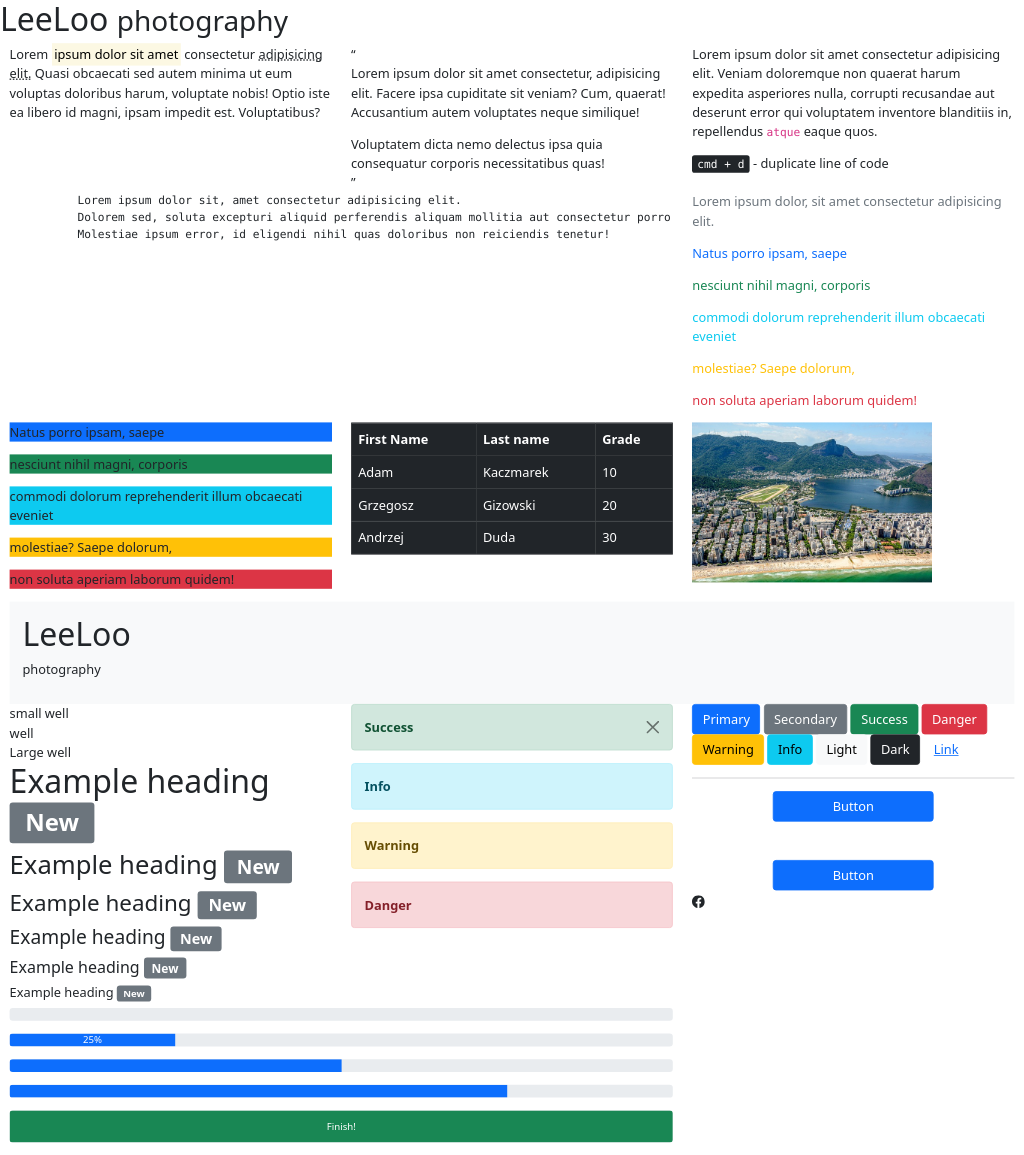
Repository: Zyzik-33/bootstrap-test
Page: index.html
The author's editor kept a copy of each file at every save. The page is drawn from the files as they stood at one save, then again after the next save.
The browser window is 1280 px wide. The pictures show the whole page, at 80% of full size.

Above is the page before, as saved 2021-01-27 22:22:34.

### index.html
<!DOCTYPE html>
<html lang="en">
<head>
  <title>LeeLoo</title>
  <meta charset="UTF-8">
  <meta name="viewport" content="width=device-width, initial-scale=1.0">
  <link href="https://cdn.jsdelivr.net/npm/bootstrap@5.0.0-beta1/dist/css/bootstrap.min.css" rel="stylesheet" integrity="sha384-giJF6kkoqNQ00vy+HMDP7azOuL0xtbfIcaT9wjKHr8RbDVddVHyTfAAsrekwKmP1" crossorigin="anonymous">
  <script src="https://ajax.googleapis.com/ajax/libs/jquery/3.5.1/jquery.min.js"></script>
  <script src="https://cdn.jsdelivr.net/npm/bootstrap@5.0.0-beta1/dist/js/bootstrap.bundle.min.js" integrity="sha384-ygbV9kiqUc6oa4msXn9868pTtWMgiQaeYH7/t7LECLbyPA2x65Kgf80OJFdroafW" crossorigin="anonymous"></script>
</head>
<body>
  <h1>LeeLoo <small>photography</small> </h1>
  <div class="container-fluid">

    <div class="row">
      <div class="col-lg-4">Lorem <mark>ipsum dolor sit amet</mark> consectetur <abbr title="Explanation">adipisicing elit.</abbr> Quasi obcaecati sed autem minima ut eum voluptas doloribus harum, voluptate nobis! Optio iste ea libero id magni, ipsam impedit est. Voluptatibus?</div>
      <div class="col-lg-4">
        <q cite="http://developer.mozilla.org">
          <p>
            Lorem ipsum dolor sit amet consectetur, adipisicing elit. Facere ipsa cupiditate sit veniam? Cum, quaerat!
             Accusantium autem voluptates neque similique!
          </p>
          <footer>
            Voluptatem dicta nemo delectus ipsa quia consequatur corporis necessitatibus quas!
          </footer>
        </q>
      </div>
      <div class="col-lg-4">
        <blockquote class="blockquote-reverse">
          <p>
            Lorem ipsum dolor sit amet consectetur adipisicing elit.
            Veniam doloremque non quaerat harum expedita asperiores nulla,
            corrupti recusandae aut deserunt error qui voluptatem inventore
            blanditiis in, repellendus <code>atque</code> eaque quos.
          </p>
          <footer><kbd>cmd + d</kbd> - duplicate line of code</footer>
        </blockquote>
      </div>
    </div>
    <div class="row">
      <div class="col-lg-8">
        <pre>
          Lorem ipsum dolor sit, amet consectetur adipisicing elit.
          Dolorem sed, soluta excepturi aliquid perferendis aliquam mollitia aut consectetur porro.
          Molestiae ipsum error, id eligendi nihil quas doloribus non reiciendis tenetur!
        </pre>
      </div>
      <div class="col-lg-4">
       <p class="text-muted"> Lorem ipsum dolor, sit amet consectetur adipisicing elit.</p>
       <p class="text-primary">Natus porro ipsam, saepe</p>
       <p class="text-success">nesciunt nihil magni, corporis</p>
       <p class="text-info">commodi dolorum reprehenderit illum obcaecati eveniet</p>
       <p class="text-warning">molestiae? Saepe dolorum,</p>
       <p class="text-danger">non soluta aperiam laborum quidem!</p>
      </div>
    </div>
    <div class="row">
      <div class="col-lg-4">
       <p class="bg-primary">Natus porro ipsam, saepe</p>
       <p class="bg-success">nesciunt nihil magni, corporis</p>
       <p class="bg-info">commodi dolorum reprehenderit illum obcaecati eveniet</p>
       <p class="bg-warning">molestiae? Saepe dolorum,</p>
       <p class="bg-danger">non soluta aperiam laborum quidem!</p>
      </div>
      <div class="col-lg-4">
        <table class="table table-hover table-dark table-bordered">
          <!-- table-striped, table-bordered, table-hover, table-dark -->
          <thead>
            <tr>
              <th scope="col">First Name</th>
              <th scope="col">Last name</th>
              <th scope="col">Grade</th>
            </tr>
          </thead>
          <tbody>
            <tr>
              <td scope="row">Adam</td>
              <td>Kaczmarek</td>
              <td>10</td>
            </tr>
            <tr>
              <td scope="row">Grzegosz</td>
              <td>Gizowski</td>
              <td>20</td>
            </tr>
            <tr>
              <td scope="row">Andrzej</td>
              <td>Duda</td>
              <td>30</td>
            </tr>
          </tbody>
        </table>
      </div>
      <div class="col-lg-4">
        <img src="./assets/images/brazil-4809010_640.jpg" width="300" alt="brazil">
      </div>
    </div>
    <div class="row">
      <div class="col-lg-12">
        <div class="bg-light p-3">
          <h1>LeeLoo</h1>
          <p>photography</p>
        </div>
      </div>
    </div>
    <div class="row">
      <div class="col-lg-4">
        <div class="well well-sm">small well</div>
        <div class="well">well</div>
        <div class="well well-lg">Large well</div>
        <h1>Example heading <span class="badge bg-secondary">New</span></h1>
        <h2>Example heading <span class="badge bg-secondary">New</span></h2>
        <h3>Example heading <span class="badge bg-secondary">New</span></h3>
        <h4>Example heading <span class="badge bg-secondary">New</span></h4>
        <h5>Example heading <span class="badge bg-secondary">New</span></h5>
        <h6>Example heading <span class="badge bg-secondary">New</span></h6>
      </div>
      <div class="col-lg-4">
        <div class="alert alert-success alert-dismissible fade show" role="alert">
          <strong>Success</strong>
          <!-- <a href="#" class="close" data-dismiss="alert">&times;</a> -->
          <button type="button" class="btn-close" data-bs-dismiss="alert" aria-label="Close"></button>
        </div>
        <div class="alert alert-info">
          <strong>Info</strong>
        </div>
        <div class="alert alert-warning">
          <strong>Warning</strong>
        </div>
        <div class="alert alert-danger">
          <strong>Danger</strong>
        </div>
      </div>
      <div class="col-lg-4">
        <button type="button" class="btn btn-primary">Primary</button>
        <button type="button" class="btn btn-secondary">Secondary</button>
        <button type="button" class="btn btn-success">Success</button>
        <button type="button" class="btn btn-danger">Danger</button>
        <button type="button" class="btn btn-warning">Warning</button>
        <button type="button" class="btn btn-info">Info</button>
        <button type="button" class="btn btn-light">Light</button>
        <button type="button" class="btn btn-dark">Dark</button>
        <button type="button" class="btn btn-link">Link</button>
        <hr>
        <div class="d-grid gap-5 col-6 mx-auto">
          <button class="btn btn-primary" type="button">Button</button>
          <button class="btn btn-primary" type="button">Button</button>
        </div>
        <svg xmlns="http://www.w3.org/2000/svg" width="16" height="16" fill="currentColor" class="bi bi-facebook" viewBox="0 0 16 16">
          <path d="M16 8.049c0-4.446-3.582-8.05-8-8.05C3.58 0-.002 3.603-.002 8.05c0 4.017 2.926 7.347 6.75 7.951v-5.625h-2.03V8.05H6.75V6.275c0-2.017 1.195-3.131 3.022-3.131.876 0 1.791.157 1.791.157v1.98h-1.009c-.993 0-1.303.621-1.303 1.258v1.51h2.218l-.354 2.326H9.25V16c3.824-.604 6.75-3.934 6.75-7.951z"/>
        </svg>
        <i class="bi bi-braces"></i>
      </div>
    </div>
    <div class="row">
      <div class="col-lg-8">
        <div class="progress mb-3">
          <div class="progress-bar" role="progressbar" aria-valuenow="0" aria-valuemin="0" aria-valuemax="100"></div>
        </div>
        <div class="progress mb-3">
          <div class="progress-bar" role="progressbar" style="width: 25%" aria-valuenow="25" aria-valuemin="0" aria-valuemax="100">25%</div>
        </div>
        <div class="progress mb-3">
          <div class="progress-bar" role="progressbar" style="width: 50%" aria-valuenow="50" aria-valuemin="0" aria-valuemax="100"></div>
        </div>
        <div class="progress mb-3">
          <div class="progress-bar progress-bar-animated" role="progressbar" style="width: 75%" aria-valuenow="75" aria-valuemin="0" aria-valuemax="100"></div>
        </div>
        <div class="progress mb-3" style="height: 40px;">
          <div class="progress-bar bg-success" role="progressbar" style="width: 100%" aria-valuenow="100" aria-valuemin="0" aria-valuemax="100">Finish!</div>
        </div>
      </div>
      <div class="col-lg-2"></div>
    </div>
  </div>
</body>
</html>

After the next save:
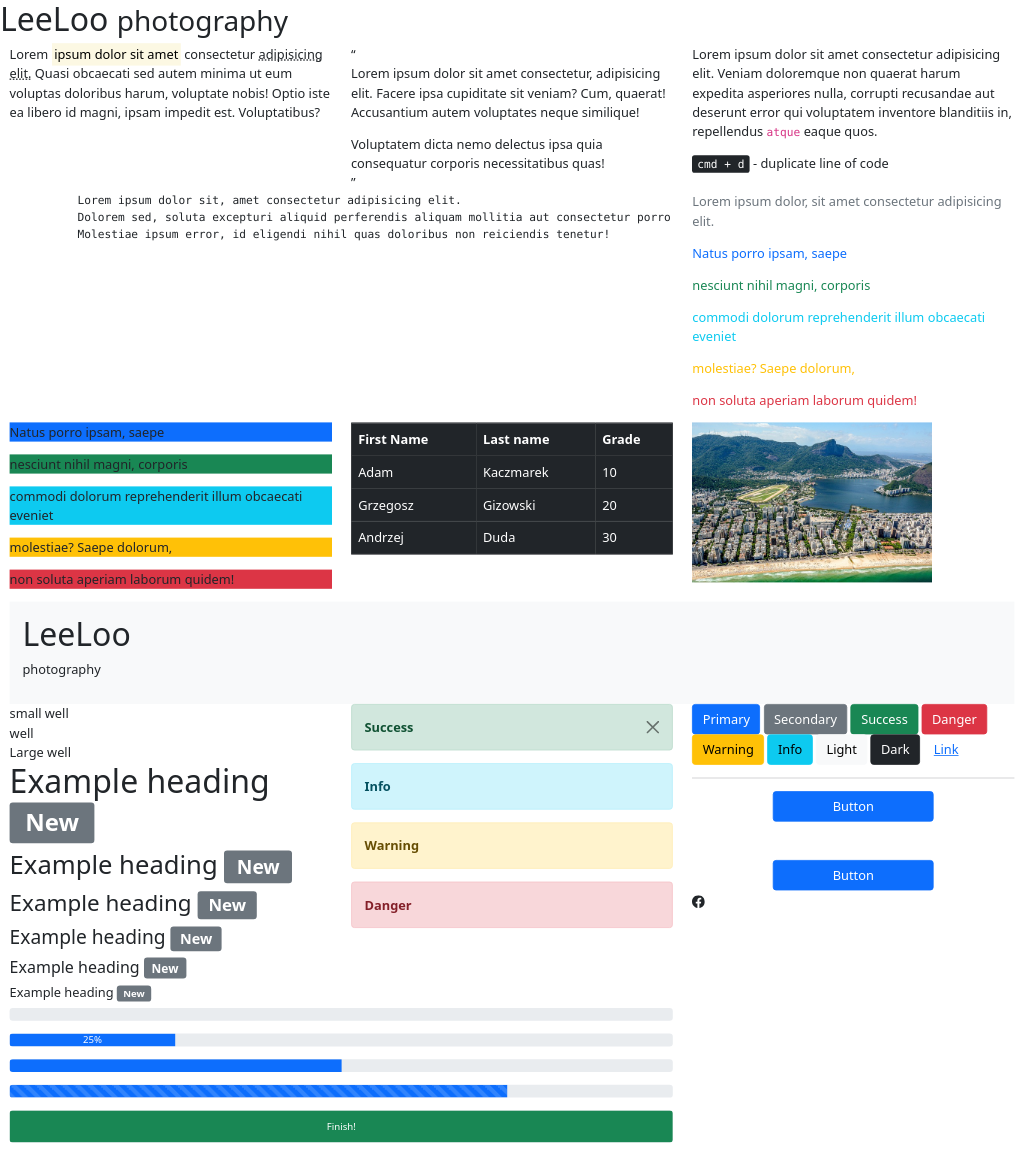
Saved 21 s later.
--- a/index.html
+++ b/index.html
@@ -164,7 +164,7 @@
           <div class="progress-bar" role="progressbar" style="width: 50%" aria-valuenow="50" aria-valuemin="0" aria-valuemax="100"></div>
         </div>
         <div class="progress mb-3">
-          <div class="progress-bar progress-bar-animated" role="progressbar" style="width: 75%" aria-valuenow="75" aria-valuemin="0" aria-valuemax="100"></div>
+          <div class="progress-bar progress-bar-striped progress-bar-animated" role="progressbar" style="width: 75%" aria-valuenow="75" aria-valuemin="0" aria-valuemax="100"></div>
         </div>
         <div class="progress mb-3" style="height: 40px;">
           <div class="progress-bar bg-success" role="progressbar" style="width: 100%" aria-valuenow="100" aria-valuemin="0" aria-valuemax="100">Finish!</div>
